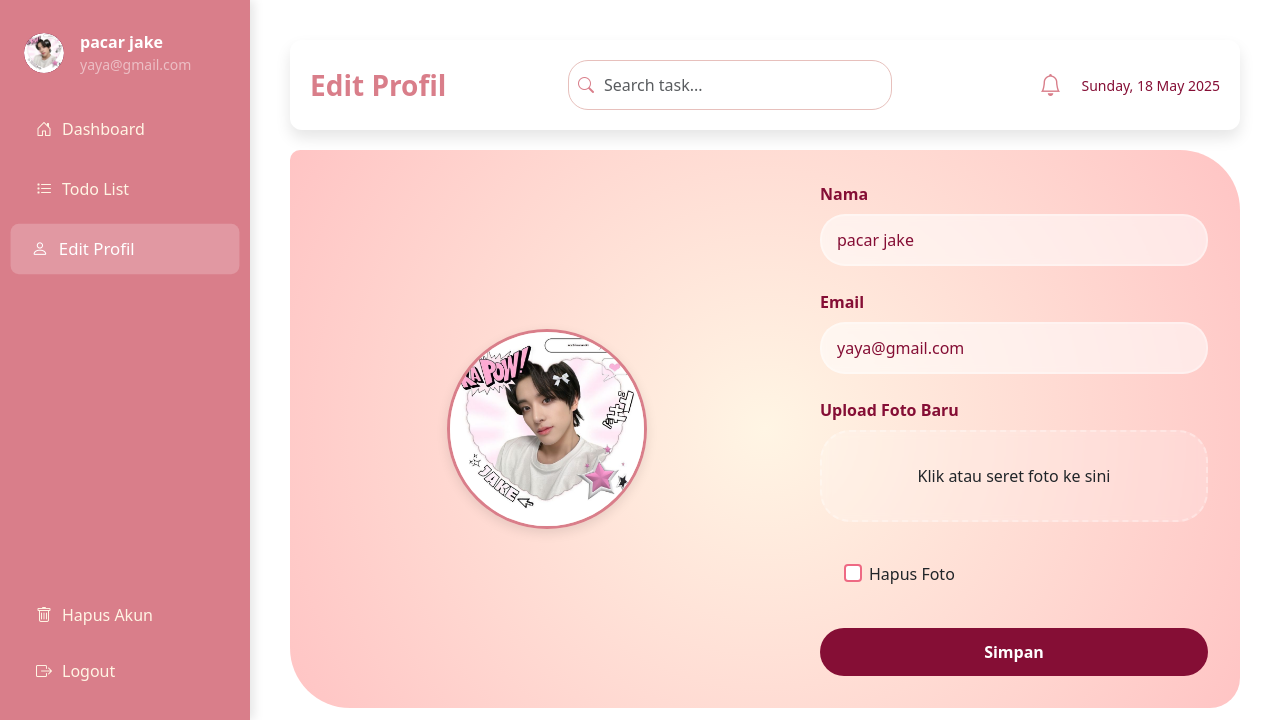
Repository: zhr-nabila/FloTime
Page: http://localhost/profile.php
An editor plug-in stored every save of this project. The page is shown before and after the next save, followed by the edit.
The browser window is 1280 px wide. The pictures show the whole page.
The page is run by PHP 8.4 with error messages shown; the project is at /var/www/html/. The session is filled in as if someone had signed in: {"email": "yaya@gmail.com", "status": "login", "user_id": 2}. Other server files are loaded and not shown. The database holds what the project's SQL file puts in it.

Above is the page before, as saved 2025-05-18 20:38:14.

### profile.php
<?php
session_start();
include 'koneksi.php';

if (!isset($_SESSION['email'])) {
    header("Location: login.php");
    exit;
}

$email = $_SESSION['email'];
$activePage = 'profile';

// Ambil data user
$query = mysqli_query($conn, "SELECT * FROM users WHERE email = '$email'");
$user = mysqli_fetch_assoc($query);

// Proses update
if ($_SERVER["REQUEST_METHOD"] == "POST") {
    $new_name = mysqli_real_escape_string($conn, $_POST['name']);
    $new_email = mysqli_real_escape_string($conn, $_POST['email']);
    $photo_name = $user['photo']; // default photo lama

    // Upload foto jika ada
    if (isset($_FILES['photo']) && $_FILES['photo']['error'] == 0) {
        $allowed = ['jpg', 'jpeg', 'png', 'gif'];
        $ext = strtolower(pathinfo($_FILES['photo']['name'], PATHINFO_EXTENSION));
        if (in_array($ext, $allowed)) {
            $filename = uniqid() . '.' . $ext;
            move_uploaded_file($_FILES['photo']['tmp_name'], 'uploads/' . $filename);
            // Hapus file lama
            if ($user['photo'] && file_exists('uploads/' . $user['photo'])) {
                unlink('uploads/' . $user['photo']);
            }
            $photo_name = $filename;
        }
    }

    // Hapus foto jika dipilih
    if (isset($_POST['delete_photo']) && $user['photo']) {
        if (file_exists('uploads/' . $user['photo'])) {
            unlink('uploads/' . $user['photo']);
        }
        $photo_name = null;
    }

    $update = mysqli_query($conn, "UPDATE users SET name='$new_name', email='$new_email', photo=" . ($photo_name ? "'$photo_name'" : "NULL") . " WHERE email='$email'");

    if ($update) {
        $_SESSION['email'] = $new_email;
        header("Location: profile.php");
        exit;
    } else {
        $error = "Gagal memperbarui profil.";
    }
}
?>

<!DOCTYPE html>
<html lang="id">

<head>
    <meta charset="UTF-8">
    <title>Edit Profil</title>
    <link rel="stylesheet" href="css/style.css">
    <link rel="stylesheet" href="css/profile.css">
    <link href="https://cdn.jsdelivr.net/npm/bootstrap@5.3.3/dist/css/bootstrap.min.css" rel="stylesheet">
    <link href="https://cdn.jsdelivr.net/npm/bootstrap-icons@1.10.5/font/bootstrap-icons.css" rel="stylesheet">
</head>

<body>

    <?php include 'includes/sidebar.php'; ?>

    <div class="main-content">
        <?php
        $pageTitle = "Edit Profil";
        include 'includes/topbar.php';
        ?>
        <div class="content">
            <!-- KIRI: FOTO PROFIL -->
            <div class="profile-left">
                <?php if ($user['photo']) : ?>
                    <img src="uploads/<?= htmlspecialchars($user['photo']) ?>" alt="Foto Profil" class="photo-user" />
                <?php else : ?>
                    <div class="user-avatar-lg">
                        <?= strtoupper(substr($user['name'] ?: $user['email'], 0, 1)) ?>
                    </div>
                <?php endif; ?>
            </div>

            <!-- KANAN: FORM -->
            <form method="POST" enctype="multipart/form-data" class="form-profile">
                <?php if (isset($error)) : ?>
                    <div class="alert alert-danger"><?= $error ?></div>
                <?php endif; ?>

                <div>
                    <label for="name" class="form-label">Nama</label>
                    <input type="text" name="name" id="name" class="input-profile glass-input" value="<?= htmlspecialchars($user['name']) ?>" required />
                </div>
                <div>
                    <label for="email" class="form-label">Email</label>
                    <input type="email" name="email" id="email" class="input-profile glass-input" value="<?= htmlspecialchars($user['email']) ?>" required />
                </div>
                <div>
                    <label for="photo" class="form-label">Upload Foto Baru</label>
                    <label class="upload-box" for="photo">
                        Klik atau seret foto ke sini
                        <input type="file" name="photo" id="photo" />
                    </label>
                </div>

                <?php if ($user['photo']) : ?>
                    <div class="form-check">
                        <input type="checkbox" class="form-check-input" name="delete_photo" id="hapusFoto" />
                        <label for="hapusFoto">Hapus Foto</label>
                    </div>
                <?php endif; ?>

                <button type="submit" class="btn-primary">Simpan</button>
            </form>

        </div>
    </div>
</body>

</html>

### koneksi.php
<?php
$host = "localhost";
$user = "root";
$pass = "";
$db = "todolist";

$conn = mysqli_connect($host, $user, $pass, $db);

if (!$conn) {
    die("Koneksi gagal: " . mysqli_connect_error());
}

### includes/sidebar.php
<?php
if (!isset($_SESSION)) session_start();
include_once 'koneksi.php';

$email = $_SESSION['email'] ?? '';

// Ambil data user
$query = mysqli_query($conn, "SELECT * FROM users WHERE email = '$email'");
$user = mysqli_fetch_assoc($query);

// Ambil nama dan foto
$name = $user['name'] ?? '';
$avatar = $user['photo'] ?? null; // GUNAKAN 'photo' bukan 'avatar'

// Ambil inisial dari nama jika ada, kalau tidak dari email
$display_name = $name ?: $email;
$initial = strtoupper(substr($display_name, 0, 1));
?>

<div class="sidebar d-flex flex-column">
    <div class="px-4 d-flex align-items-center mb-4">
        <div class="user-avatar">
            <?php if ($avatar && file_exists("uploads/$avatar")): ?>
                <img src="uploads/<?= htmlspecialchars($avatar) ?>" alt="Avatar">
            <?php else: ?>
                <?= $initial ?>
            <?php endif; ?>
        </div>
        <div class="ms-3">
            <div class="fw-semibold"><?= htmlspecialchars($name ?: 'User') ?></div>
            <div class="small text-white-50"><?= htmlspecialchars($email) ?></div>
        </div>
    </div>
    <nav class="nav flex-column px-3">
        <a class="nav-link <?= ($activePage == 'dashboard') ? 'active' : '' ?>" href="dashboard.php">
            <i class="bi bi-house-door"></i> Dashboard
        </a>
        <a class="nav-link <?= ($activePage == 'todo') ? 'active' : '' ?>" href="todo.php">
            <i class="bi bi-list-task"></i> Todo List
        </a>
        <a class="nav-link <?= ($activePage == 'profile') ? 'active' : '' ?>" href="profile.php">
            <i class="bi bi-person"></i> Edit Profil
        </a>
        <a class="nav-link delete-account" href="#" id="deleteAccountBtn">
            <i class="bi bi-trash"></i> Hapus Akun
        </a>

        <a class="nav-link logout" href="logout.php">
            <i class="bi bi-box-arrow-right"></i> Logout
        </a>
    </nav>
</div>

<!-- Modal Hapus Akun -->
<!-- Modal Hapus Akun -->
<div id="deleteModal">
  <div class="modal-box">
    <h4>Yakin ingin menghapus akun?</h4>
    <p>Aksi ini tidak bisa dibatalkan!</p>
    <form id="deleteAccountForm" method="POST" action="delete_account.php">
        <button type="submit" class="confirm">Ya, Hapus</button>
        <button type="button" class="cancel" onclick="closeModal()">Batal</button>
    </form>
  </div>
</div>

<script>
  const deleteBtn = document.getElementById('deleteAccountBtn');
  const modal = document.getElementById('deleteModal');
  const deleteForm = document.getElementById('deleteAccountForm');

  if (deleteBtn && modal) {
    deleteBtn.addEventListener('click', function(e) {
      e.preventDefault();
      modal.style.display = 'flex';
    });
  }

  function closeModal() {
    modal.style.display = 'none';
  }

  // Handle form submission
  deleteForm.addEventListener('submit', function(e) {
    e.preventDefault();

    fetch('delete_account.php', {
      method: 'POST',
      headers: {
        'Content-Type': 'application/x-www-form-urlencoded',
      },
      body: new URLSearchParams(new FormData(deleteForm))
    })
    .then(response => response.json())
    .then(result => {
      if (result.status === 'success') {
        window.location.href = 'login.php?account_deleted=1';
      } else {
        alert(result.message);
        closeModal();
      }
    })
    .catch(error => {
      console.error('Error:', error);
      alert('Terjadi kesalahan saat menghapus akun');
      closeModal();
    });
  });
</script>

### includes/topbar.php
<div class="header">
    <div class="title"><?= isset($pageTitle) ? htmlspecialchars($pageTitle) : 'Untitled'; ?></div>
    <div class="search-bar">
        <form method="GET" action="todo.php" class="d-flex">
            <input type="text" name="search" class="form-control" placeholder="Search task..." value="<?= isset($_GET['search']) ? htmlspecialchars($_GET['search']) : '' ?>">
            <button type="submit" class="btn"><i class="bi bi-search"></i></button>
        </form>
    </div>

    <div class="notifications">
        <i class="bi bi-bell"></i>
        <div class="date"><?= date('l, d F Y') ?></div>
    </div>
</div>

### css/style.css
@import url('https://fonts.googleapis.com/css2?family=Poppins:wght@500&display=swap');

:root {
    --c0: #ffffff;
    --c1: #E3919F;
    --c2: #E7C0BC;
    --c3: #370808;
    --c4: #D97E8A;
    --c5: #EC9FAB;
    --c6: #000000;
    /* gradient */
    --c7: #850e35;
    --c8: #ee6983;
    --c9: #ffc4c4;
    --c10: #fff5e4;
    --c11: #d1d5db;
}


*:not(input):not(textarea):not([contenteditable="true"]) {
    caret-color: transparent !important;
}

input,
textarea,
[contenteditable="true"] {
    caret-color: auto;
    outline: none;
    padding: 6px 10px;
    border-radius: 5px;
    transition: border 0.2s ease;
}

body {
    background: #f5f8fa;
    font-family: 'Segoe UI', sans-serif;
    margin: 0;
    padding: 0;
    overflow: hidden;
}

html,
body {
    height: 100%;
}


::-webkit-scrollbar {
    display: none;
}

.main-content {
    margin-left: 250px;
    padding: 40px;
    height: 100vh;
    overflow-y: auto;
}


.sidebar {
    height: 100vh;
    background: var(--c4);
    color: var(--c0);
    padding-top: 30px;
    position: fixed;
    width: 250px;
    transition: all 0.3s;
    box-shadow: 4px 0 10px rgba(0, 0, 0, 0.1);
}

.sidebar .nav-link {
    color: var(--c10);
    padding: 12px 20px;
    margin: 6px 0;
    border-radius: 8px;
    display: flex;
    align-items: center;
    gap: 10px;
    transition: all 0.3s ease;
    font-size: 16px;
}

.sidebar .nav-link:hover,
.sidebar .nav-link.active {
    background-color: rgba(255, 255, 255, 0.2);
    color: var(--c0);
    transform: scale(1.05);
}

.sidebar .nav-link.logout {
    color: var(--c10);
    padding: 12px 20px;
    margin:2px 0;
    border-radius: 8px;
    display: flex;
    align-items: center;
    gap: 10px;
    transition: all 0.3s ease;
    font-size: 16px;
}

.sidebar .nav-link.logout:hover {
    background-color: rgba(255, 255, 255, 0.2);
    color: var(--c0);
    transform: scale(1.05);
}

.sidebar .nav-link.delete-account {
  color: var(--c10);
  margin-top: 19.5rem ;
}

.main-content {
    margin-left: 250px;
    padding: 40px;
}

.header {
    display: flex;
    justify-content: space-between;
    align-items: center;
    padding: 20px;
    background: var(--c0);
    border-radius: 12px;
    box-shadow: 0 8px 15px rgba(0, 0, 0, 0.1);
    margin-bottom: 20px;
}

.header .title {
    font-size: 28px;
    font-weight: bold;
    color: var(--c4);
}

.header .search-bar {
    position: relative;
    width: 350px;
}

.header .search-bar input {
    width: 100%;
    padding: 12px 40px 12px 35px;
    border-radius: 20px;
    border: 1px solid var(--c2);
    font-size: 16px;
    transition: border 0.3s;
}

.header .search-bar input:focus {
    border: 1px solid var(--c4);
    outline: none;
}

.header .search-bar i {
    position: absolute;
    top: 50%;
    left: 10px;
    transform: translateY(-50%);
    color: var(--c4);
}

.header .notifications {
    display: flex;
    align-items: center;
    gap: 20px;
}

.header .notifications .bi {
    font-size: 22px;
    cursor: pointer;
    color: var(--c4);
    transition: color 0.3s;
}

.header .notifications .bi:hover {
    color: var(--c7);
}

.card-welcome {
    background: linear-gradient(135deg, var(--c9), var(--c10));
    border-radius: 10px 60px 30px;
    box-shadow: 0 15px 30px rgba(0, 0, 0, 0.1);
    padding: 30px;
    animation: fadeIn 0.6s ease;
    margin-bottom: 30px;
    color: var(--c7);
    border: none;
}

.user-avatar {
    width: 40px;
    height: 40px;
    border-radius: 50%;
    background-color: var(--c7);
    color: var(--c0);
    display: flex;
    align-items: center;
    justify-content: center;
    font-weight: bold;
    font-size: 18px;
    overflow: hidden;
    flex-shrink: 0;
}

.user-avatar img {
    width: 100%;
    height: 100%;
    object-fit: cover;
    border-radius: 50%;
    display: block;
}
.user-avatar {
    width: 40px;
    height: 40px;
    border-radius: 50%;
    background-color: var(--c7);
    color: var(--c0);
    display: flex;
    align-items: center;
    justify-content: center;
    font-weight: bold;
    font-size: 18px;
    overflow: hidden;
    flex-shrink: 0;
}

.user-avatar img {
    width: 100%;
    height: 100%;
    object-fit: cover;
    border-radius: 50%;
    display: block;
}


.date {
    font-size: 14px;
    color: var(--c7);
}

@keyframes fadeIn {
    from {
        opacity: 0;
        transform: translateY(20px);
    }

    to {
        opacity: 1;
        transform: translateY(0);
    }
}

/* Mobile Responsiveness */
@media (max-width: 768px) {
    .sidebar {
        width: 200px;
    }

    .main-content {
        margin-left: 200px;
    }

    .header .title {
        font-size: 24px;
    }

    .header .search-bar {
        width: 250px;
    }
}

/* todo */

.container {
    animation: fadeIn 0.6s ease;
}

.premium-form {
   background: radial-gradient(circle at center, var(--c10), var(--c9), var(--c2), var(--c5));
    background-size: 200% 200%;
    animation: moveGradient 20s ease-in-out infinite alternate;
    border: 2px solid var(--c2);
    border-radius: 12px;
}

@keyframes moveGradient {
   0% {
		background-position: 0% 50%;
	}
	50% {
		background-position: 100% 50%;
	}
	100% {
		background-position: 0% 50%;
	}
}

.btn-gradient {
    background-color: var(--c7);
    color: white;
    border: none;
    transition: 0.3s ease;
    border: 2px solid var(--c7);
    border-radius: 10px;
    padding: 10px;
}

.btn-gradient:hover {
    transform: scale(1.02);
    background-color: transparent;
    color: var(--c7);
    border: 2px solid var(--c7);
    box-shadow: 0 4px 8px rgba(0, 0, 0, 0.15);
}

.form-control-sm {
    font-size: 14px;
    padding: 0.8rem 1rem;
    border: none;
    color: var(--c7);
}

.form-control-sm:focus{
    color: var(--c7);
}

.form-label {
    color: var(--c7);
}

.glass-input {
    background: rgba(255, 255, 255, 0.2) !important;
    border: 2px solid rgba(255, 255, 255, 0.3) !important;
    backdrop-filter: blur(5px);
    color: var(--c7);
    transition: all 0.3s ease;
    padding: 12px 15px !important;
    border-radius: 25px;
}

.glass-input:focus {
    background: rgba(255, 255, 255, 0.3) !important;
    border-color: rgba(255, 255, 255, 0.5) !important;
    box-shadow: 0 0 0 0.25rem rgba(238, 105, 131, 0.25);
    color: var(--c7);
}

.premium-table th {
    font-weight: 600;
    background-color: var(--c9);
    color: var(--c7);
}

.premium-table td {
    vertical-align: middle;
    padding-top: 16px;
    padding-bottom: 16px;
    font-size: 15px;
}

.table-hover tbody tr:hover {
    background-color: #fdf2f2;
    transition: 0.3s;
}

.table td,
.table th {
    text-align: center;
    color: var(--c7);
}

.btn-icon {
    width: 38px;
    height: 38px;
    padding: 0;
    border-radius: 50%;
    display: inline-flex;
    align-items: center;
    justify-content: center;
    font-size: 1.1rem;
    transition: all 0.3s ease-in-out;
}

.btn-icon:hover {
    box-shadow: 0 0 10px rgba(100, 180, 255, 0.4);
    transform: scale(1.08);
}

/* Completed task styles */
.completed-task {
    background-color: rgba(0, 200, 83, 0.05);
}

.completed-task td {
    color: #6c757d;
    opacity: 0.8;
}

.text-decoration-line-through {
    text-decoration: line-through;
}

/* Undo button styles */
.btn-outline-secondary {
    border-color: #6c757d;
    color: #6c757d;
}

.btn-outline-secondary:hover {
    background-color: #f8f9fa;
    border-color: #5a6268;
    color: #5a6268;
}

/* Hover effect for completed tasks */
.completed-task:hover {
    background-color: rgba(0, 200, 83, 0.08) !important;
}


/* MODAL BACKGROUND */
#deleteModal {
  display: none;
  position: fixed;
  top: 0; left: 0;
  width: 100%; height: 100%;
  backdrop-filter: blur(4px);
  background-color: rgba(0, 0, 0, 0.4);
  justify-content: center;
  align-items: center;
  z-index: 9999;
}

/* MODAL BOX */
#deleteModal .modal-box {
  background: var(--c10);
  padding: 30px 25px;
  border-radius: 12px;
  box-shadow: 0 8px 20px rgba(0,0,0,0.2);
  max-width: 350px;
  text-align: center;
  color: var(--c3);
  animation: smoothPop 0.3s ease;
}

/* TITLE */
#deleteModal h4 {
  margin-bottom: 10px;
  color: var(--c3);
  font-size: 20px;
  font-weight: bold;
}

/* DESCRIPTION */
#deleteModal p {
  font-size: 14px;
  color: var(--c6);
  margin-bottom: 20px;
}

/* BUTTON STYLE */
#deleteModal button {
  padding: 10px 18px;
  border: none;
  border-radius: 6px;
  cursor: pointer;
  font-weight: 500;
  font-size: 14px;
  transition: all 0.2s ease;
}

#deleteModal button.confirm {
  background: var(--c8);
  color: var(--c0);
  margin-right: 10px;
}

#deleteModal button.confirm:hover {
  background: var(--c7);
}

#deleteModal button.cancel {
  background: var(--c11);
  color: var(--c6);
}

#deleteModal button.cancel:hover {
  background: var(--c2);
}

/* ANIMATION
@keyframes fadeIn {
  from { opacity: 0; transform: scale(0.9); }
  to { opacity: 1; transform: scale(1); }
} */

@keyframes smoothPop {
  0% { opacity: 0; transform: scale(0.9); }
  100% { opacity: 1; transform: scale(1); }
}

### css/profile.css
:root {
  --c0: #ffffff;
  --c1: #E3919F;
  --c2: #E7C0BC;
  --c3: #370808;
  --c4: #D97E8A;
  --c5: #EC9FAB;
  --c6: #000000;
  /* gradient */
  --c7: #850e35;
  --c8: #ee6983;
  --c9: #ffc4c4;
  --c10: #fff5e4;
  --c11: #d1d5db;
}

*:not(input):not(textarea):not([contenteditable="true"]) {
  caret-color: transparent !important;
}

input,
textarea,
[contenteditable="true"] {
  caret-color: auto;
  outline: none;
  padding: 6px 10px;
  border-radius: 5px;
  transition: border 0.2s ease;
}


body {
  background-color: #f0f2f5;
  font-family: 'Segoe UI', Tahoma, Geneva, Verdana, sans-serif;
  color: var(--c6);
  overflow: hidden;
}

html,
body {
    height: 100%;
}


::-webkit-scrollbar {
    display: none;
}


.main-content {
  display: flex;
  flex-direction: column;
  min-height: 100vh;
}

.content {
  display: flex;
  padding: 2rem;
  gap: 3rem;
  flex-grow: 1;
  border-radius: 10px 60px 30px;
  animation: fadeIn 0.6s ease, moveGradient 20s ease-in-out infinite alternate;
    background: radial-gradient(circle at center, var(--c10), var(--c9), var(--c5));
  background-size: 200% 200%;
}

.profile-left {
  display: flex;
  flex-direction: column;
  align-items: center;
  justify-content: center;
  gap: 1rem;
  width: 450px;
}

.photo-user {
  width: 200px;
  height: 200px;
  border-radius: 50%;
  object-fit: cover;
  border: 3px solid var(--c4);
  box-shadow: 0 4px 12px rgba(0, 0, 0, 0.1);
}

.user-avatar-lg {
  width: 200px;
  height: 200px;
  border-radius: 50%;
  background-color: var(--c7);
  color: var(--c0);
  display: flex;
  align-items: center;
  justify-content: center;
  font-size: 3.5rem;
  font-weight: bold;
  border: 3px solid var(--c4);
  box-shadow: 0 4px 12px rgba(0, 0, 0, 0.1);
}

.form-profile {
  flex-grow: 1;
  display: flex;
  flex-direction: column;
  gap: 1.5rem;
  max-width: 500px;
}

.form-label {
  font-weight: 600;
  color: var(--c7);
  margin-bottom: 0.5rem;
  display: block;
}

.input-profile {
  width: 100%;
  padding: 0.75rem 1rem;
  border: 1px solid var(--c11);
  border-radius: 30px;
  background-color: var(--c0);
  font-size: 1rem;
  transition: all 0.3s ease;
}

.input-profile:focus {
  outline: none;
  border-color: var(--c7);
  box-shadow: 0 0 0 3px rgba(133, 14, 53, 0.2);
}

.upload-box {
  display: flex;
  align-items: center;
  justify-content: center;
  padding: 2rem;
  border: 2px dashed rgba(255, 255, 255, 0.3);
  border-radius: 30px;
   background-color: rgba(255, 255, 255, 0.2) ;
   backdrop-filter: blur(5px);
  cursor: pointer;
  text-align: center;
  transition: all 0.3s ease;
  position: relative;
}

.upload-box:hover {
  border-color: var(--c7);
  background-color: var(--c2);
}

.upload-box input[type="file"] {
  position: absolute;
  width: 100%;
  height: 100%;
  top: 0;
  left: 0;
  opacity: 0;
  cursor: pointer;
}

.glass-input {
    background: rgba(255, 255, 255, 0.550) !important;
    border: 2px solid rgba(255, 255, 255, 0.3) !important;
    backdrop-filter: blur(5px);
    color: var(--c7);
    transition: all 0.3s ease;
    padding: 12px 15px !important;
    border-radius: 25px;
}

.glass-input:focus {
    background: rgba(255, 255, 255, 0.550) !important;
    border-color: rgba(255, 255, 255, 0.5) !important;
    box-shadow: 0 0 0 0.25rem rgba(238, 105, 131, 0.25);
    color: var(--c7);
}

.btn-primary {
  background-color: var(--c7);
  color: var(--c0);
  border: none;
  padding: 0.75rem;
  border-radius: 30px;
  font-weight: 600;
  font-size: 1rem;
  cursor: pointer;
  transition: 0.3s ease;
  margin-top: 1rem;
}

.btn-primary:hover {
  background-color: var(--c8);
  transform: scale(1.02);
  box-shadow: 0 4px 12px rgba(133, 14, 53, 0.3);
}

.form-check {
  display: flex;
  align-items: center;
  gap: 0.5rem;
  margin-top: 1rem;
}

.form-check-input {
  display: none;
}

.form-check label {
  position: relative;
  padding-left: 25px;
  cursor: pointer;
  line-height: 20px;
  display: inline-block;
}

/* Kotak checkbox buatan */
.form-check label::before {
  content: '';
  position: absolute;
  left: 0;
  top: 0;
  width: 18px;
  height: 18px;
  border: 2px solid var(--c8); /* warna border */
  background: var(--c0);
  border-radius: 4px;
}

/* Centang saat dicentang */
.form-check-input:checked + label::after {
  content: '✔';
  position: absolute;
  left: 0;
  top: 0;
  color: var(--c0);
  font-size: 14px;
  background-color: var(--c8); /* warna checkbox aktif */
  width: 18px;
  height: 18px;
  text-align: center;
  line-height: 18px;
  border-radius: 4px;
}

.alert {
  border-radius: 30px;
  padding: 0.75rem 1rem;
}

@media (max-width: 768px) {
  .content {
      flex-direction: column;
      align-items: center;
  }

  .profile-left {
      width: 100%;
      margin-bottom: 2rem;
  }

  .form-profile {
      width: 100%;
  }
}


@keyframes moveGradient {
  0% {
    background-position: 0% 50%;
  }

  50% {
    background-position: 100% 50%;
  }

  100% {
    background-position: 0% 50%;
  }
}

### todolist.sql (the tables this page reads)
CREATE TABLE `users` (
  `id` int(11) NOT NULL,
  `email` varchar(255) NOT NULL,
  `name` varchar(100) DEFAULT NULL,
  `password` varchar(255) NOT NULL,
  `photo` varchar(255) DEFAULT NULL
) ENGINE=InnoDB DEFAULT CHARSET=utf8mb4 COLLATE=utf8mb4_general_ci;

INSERT INTO `users` (`id`, `email`, `name`, `password`, `photo`) VALUES
(2, 'yaya@gmail.com', 'pacar jake', '1234', '682bf641de05a.jpeg');

ALTER TABLE `users`
  ADD PRIMARY KEY (`id`),
  ADD UNIQUE KEY `email` (`email`);

ALTER TABLE `users`
  MODIFY `id` int(11) NOT NULL AUTO_INCREMENT, AUTO_INCREMENT=4;

After the next save:
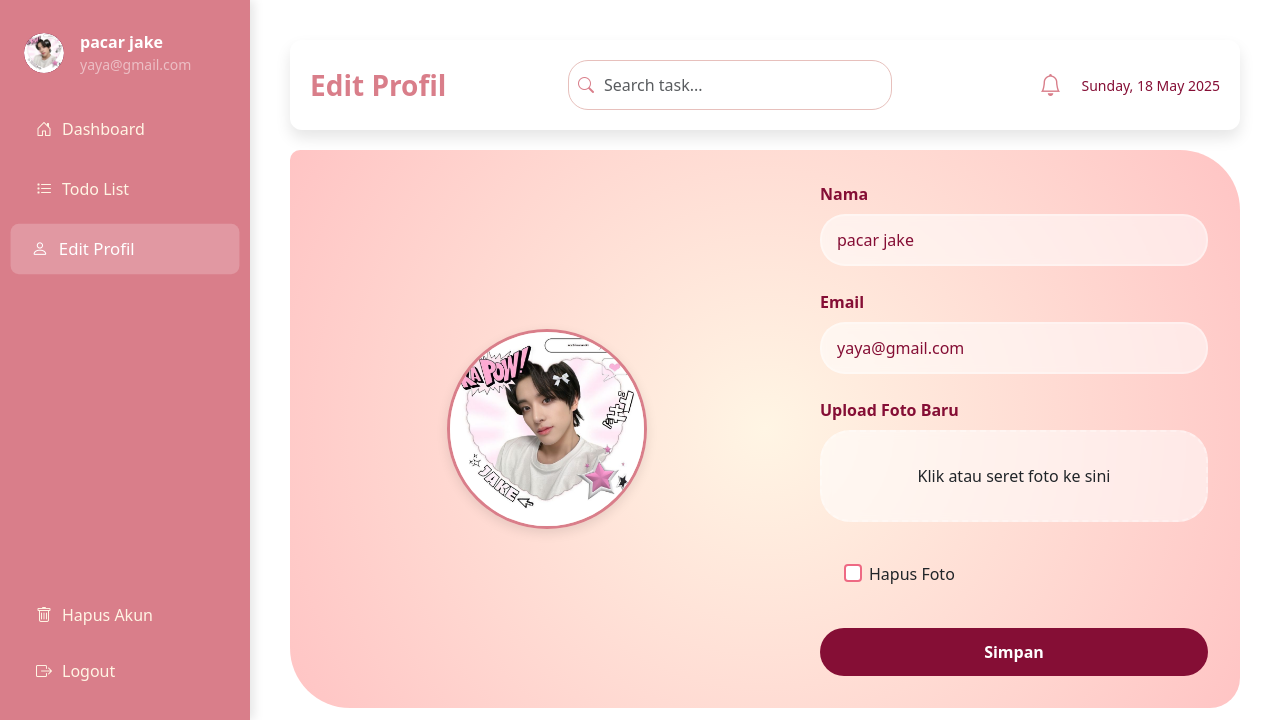
Saved 26 s later.
--- a/css/profile.css
+++ b/css/profile.css
@@ -135,7 +135,7 @@ body {
   padding: 2rem;
   border: 2px dashed rgba(255, 255, 255, 0.3);
   border-radius: 30px;
-   background-color: rgba(255, 255, 255, 0.2) ;
+   background-color: rgba(255, 255, 255, 0.550) ;
    backdrop-filter: blur(5px);
   cursor: pointer;
   text-align: center;
